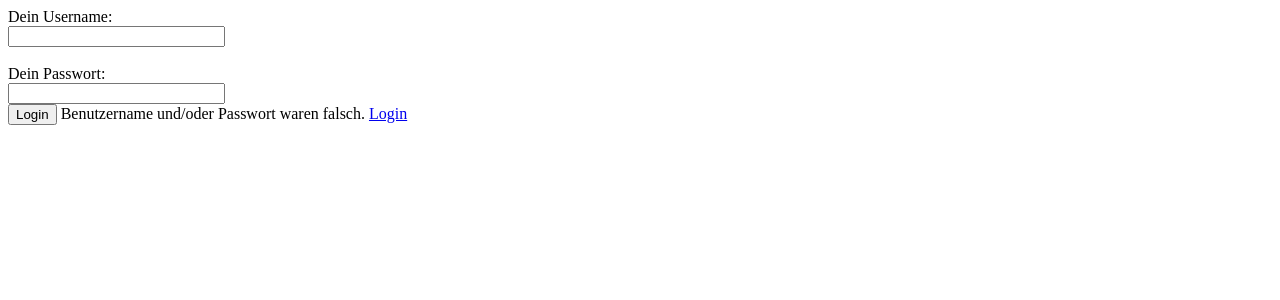
Repository: artem-koch/key-manager
Page: workspace/key-manager/website/auth/login.html
These files come from the project's save history. The page is drawn as it stood at one moment and after the next save; the edit follows.
The browser window is 1280 px wide. The pictures show the whole page.

Above is the page before, as saved 2015-05-08 05:47:19.

After the next save:
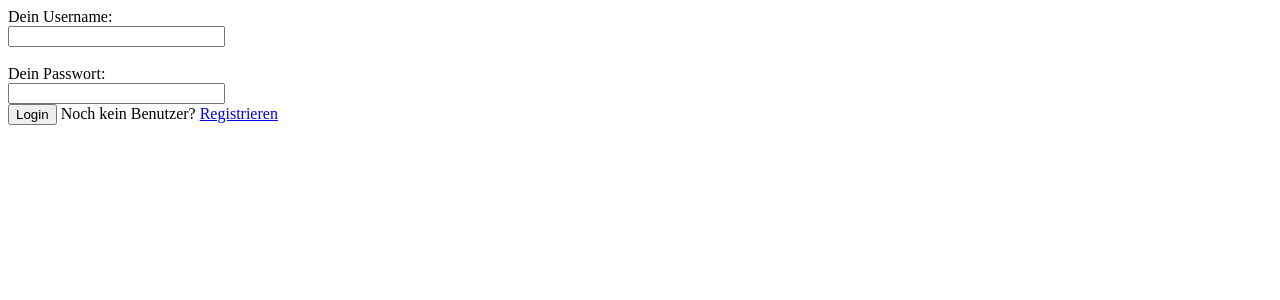
Saved 61 s later.
--- a/workspace/key-manager/website/auth/login.html
+++ b/workspace/key-manager/website/auth/login.html
@@ -10,8 +10,7 @@
 			name="username"><br> <br> Dein Passwort:<br> <input
 			type="password" size="24" maxlength="50" name="password"><br>
 		<input type="submit" value="Login">
-		 Benutzername und/oder
-		Passwort waren falsch. <a href=".\login.html">Login</a>
+		 Noch kein Benutzer? <a href=".\registrierung.html">Registrieren</a>
 
 	</form>
 </body>
